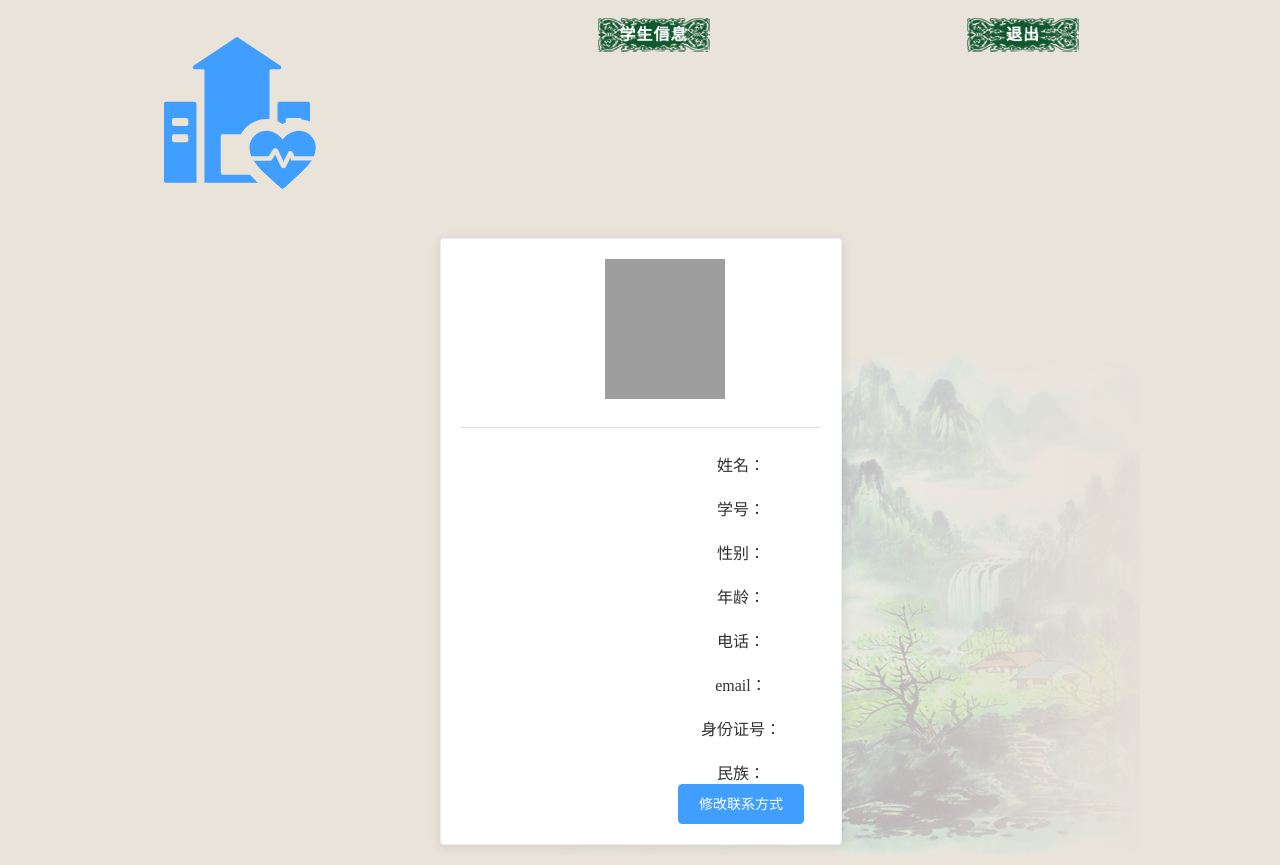
Repository: Blizzard-cyber/winsdom_scool_front
Page: /#/Personal
An editor plug-in stored every save of this project. The page is shown before and after the next save, followed by the edit.
The browser window is 1280 px wide. The pictures show the whole page.
Pictures or frames that could not be fetched are drawn as grey boxes. The project was rebuilt for these pictures with package versions that can differ from the ones it lists, and the page was loaded fresh each time. Also part of the build but not shown: src/components/comment/bottom.vue, src/components/first.vue, src/components/inside.vue, src/components/index.vue, src/components/dynamic/photo-news.vue, src/components/dynamic/latest-information.vue, src/components/contact/contact-us.vue, src/components/info_modules/course.vue and 7 more. Imported but missing from the stored project, and not drawn on this page: src/components/dynamic/school-notice, src/components/info_modules/lab.

Above is the page before, as saved 2022-07-04 12:05:01.
Console error: TypeError: Cannot read properties of null (reading 'getContext')

### index.html
<!DOCTYPE html>
<html>
  <head>
    <meta charset="utf-8">
    <meta name="viewport" content="width=device-width,initial-scale=1.0">
    <title>peidao</title>
  </head>
  <body>
    <div id="app"></div>
    <!-- built files will be auto injected -->
  </body>
</html>

### src/main.js
// The Vue build version to load with the `import` command
// (runtime-only or standalone) has been set in webpack.base.conf with an alias.
import Vue from 'vue'
import App from './App'
import router from './router'
import 'element-ui/lib/theme-chalk/index.css'
import ElementUI from 'element-ui'
import '../static/css/main.css'
import '../static/js/jquery-3.2.1.min'



Vue.config.productionTip = false
Vue.use(ElementUI)

/* eslint-disable no-new */
new Vue({
    el: '#app',
    router,
    template: '<App/>',
    components: { App }
})

### src/router/index.js
import Vue from 'vue'
import Router from 'vue-router'
import Head from '@/components/comment/head'
import Bottom from '@/components/comment/bottom'
import First from '@/components/first'
import Inside from '@/components/inside'
import Index from '@/components/index.vue'

import SchoolNotice from '@/components/dynamic/school-notice'
import PhotoNews from '@/components/dynamic/photo-news'
import LatestInformation from '@/components/dynamic/latest-information'

import ContactUs from '@/components/contact/contact-us'
import Info from '@/components/info'

import Course from '@/components/info_modules/course'
import CourseTable from '@/components/info_modules/course_table'
import ExamFee from '@/components/info_modules/exam_fee'
import Exam from '@/components/info_modules/exam'
import Gdesign from '@/components/info_modules/gdesign'
import Lab from '@/components/info_modules/lab'
import Personal from '@/components/info_modules/personal'
import Remark from '@/components/info_modules/remark'
import StudyFee from '@/components/info_modules/study_fee'

Vue.use(Router)
Vue.component('my-head', Head)
Vue.component('my-bottom', Bottom)

export default new Router({
    routes: [{
        path: '/',
        name: 'Index',
        component: Index
    }, {
        path: '/First',
        name: 'First',
        component: First
    }, {
        path: '/Head',
        name: 'Head',
        component: Head
    }, {
        path: '/Bottom',
        name: 'Bottom',
        component: Bottom
    }, {
        path: '/Inside',
        name: 'Inside',
        component: Inside
    },
    {
        path: '/Info',
        name: 'Info',
        component: Info
    },
    {
        path: '/SchoolNotice',
        name: 'SchoolNotice',
        component: SchoolNotice
    }, {
        path: '/PhotoNews',
        name: 'PhotoNews',
        component: PhotoNews
    }, {
        path: '/LatestInformation',
        name: 'LatestInformation',
        component: LatestInformation
    }, {
        path: '/LatestInformation',
        name: 'LatestInformation',
        component: LatestInformation
    }, {
        path: '/ContactUs',
        name: 'ContactUs',
        component: ContactUs
    }
        , {
        path: '/Course',
        name: 'Course',
        component: Course
    },
    {
        path: '/CourseTable',
        name: 'CourseTable',
        component: CourseTable
    },
    {
        path: '/ExamFee',
        name: 'ExamFee',
        component: ExamFee
    },
    {
        path: '/Exam',
        name: 'Exam',
        component: Exam
    },
    {
        path: '/Gdesign',
        name: 'Gdesign',
        component: Gdesign
    },
    {
        path: '/Lab',
        name: 'Lab',
        component: Lab
    },
    {
        path: '/Personal',
        name: 'Personal',
        component: Personal
    },
    {
        path: '/Remark',
        name: 'Remark',
        component: Remark
    },
    {
        path: '/StudyFee',
        name: 'StudyFee',
        component: StudyFee
    }]
})

### static/css/main.css
@charset "utf-8";

/* Global style */
html,
body,
h1,
h2,
h3,
h4,
h5,
h6,
div,
dl,
dt,
dd,
ul,
ol,
li,
p,
blockquote,
pre,
hr,
figure,
table,
caption,
th,
td,
form,
fieldset,
legend,
input,
button,
textarea,
menu {
  margin: 0;
  padding: 0;
  font-size: 16px;
}

header,
footer,
section,
article,
aside,
nav,
address,
figure,
figcaption,
menu,
details {
  display: block;
}

table {
  border-collapse: collapse;
  border-spacing: 0;
}

caption,
th {
  font-weight: normal;
}

html,
body,
fieldset,
iframe,
abbr {
  border: 0;
}

i,
cite,
em,
var,
address,
dfn {
  font-style: normal;
}

ul,
ol,
li {
  list-style: none;
}

h1,
h2,
h3,
h4,
h5,
h6,
small {
  font-size: 100%;
  font-weight: 300;
}

pre,
code,
kbd,
samp {
  font-family: inherit;
}

q:before,
q:after {
  content: none;
  content: '';
}

textarea {
  overflow: auto;
  resize: none;
}

label,
summary {
  cursor: default;
}

a,
button {
  cursor: pointer;
}

em,
strong,
b {
  font-weight: 400;
}

textarea,
input,
button,
select,
keygen,
legend {
  color: #777;
  outline: 0;
  font-family: "Microsoft YaHei", Arial;
  font-size: 100%;
  margin: 0;
  outline: none;
  vertical-align: baseline;
  _overflow: visible;
  -webkit-appearance: none;
  -webkit-tap-highlight-color: rgba(255, 255, 255, 0.3);
}

a {
  color: #333;
  border: none;
  text-decoration: none;
  outline: none;
}

a:focus {
  outline: 0;
  -moz-outline-style: none;
}

img {
  border: 0 none;
}

html {
  text-align: center;
  /*background-color: #f5f5f5!important;*/
}

[v-cloak] {
  display: none !important;
}

.allcontainer {
  background: #fff;
}

.flex-col,
.flex-row {
  display: i-webkt-box;
  display: -webkit-flex;
  display: -ms-flexbox;
  display: flex;
}

.flex-col {
  -ms-flex-direction: column;
  -webkit-flex-direction: column;
  flex-direction: column;
}

.flex-col.flex-y-center {
  -webkit-justify-content: center;
  justify-content: center;
  -ms-justify-content: center;
}

.flex-col.flex-top {
  -webkit-justify-content: flex-starttart;
  justify-content: flex-start;
  -ms-justify-content: flex-start;
}

.flex-col.flex-bottom {
  -webkit-justify-content: flex-end;
  justify-content: flex-end;
  -ms-justify-content: flex-end;
}

.flex-col.flex-x-center {
  -webkit-box-align: center;
  -webkit-align-items: center;
  -ms-flex-align: center;
  align-items: center;
}

.flex-col.flex-left {
  align-items: flex-start;
  -ms-align-content: flex-start;
  -webkit-align-content: flex-start;
  align-content: flex-start;
}

.flex-col.flex-right {
  align-items: flex-end;
  -ms-align-content: flex-end;
  -webkit-align-content: flex-end;
  align-content: flex-end;
}

.flex-row {
  -ms-flex-direction: row;
  -webkit-flex-direction: row;
  flex-direction: row;
}

.flex-row.flex-x-center {
  -webkit-box-pack: center;
  -webkit-justify-content: center;
  -ms-flex-pack: center;
  justify-content: center;
}

.flex-row.flex-y-center {
  -webkit-box-align: center;
  -webkit-align-items: center;
  -ms-flex-align: center;
  align-items: center;
}

.flex-row.flex-left {
  -webkit-justify-content: flex-start;
  justify-content: flex-start;
  -ms-justify-content: flex-start;
}

.flex-row.flex-right {
  -webkit-justify-content: flex-end;
  justify-content: flex-end;
  -ms-justify-content: flex-end;
}

.flex-row.flex-bottom {
  align-items: flex-end;
  -ms-align-content: flex-end;
  -webkit-align-content: flex-end;
  align-content: flex-end;
}

.flex-row.flex-top {
  align-items: flex-start;
  -ms-align-content: flex-start;
  -webkit-align-content: flex-start;
  align-content: flex-start;
}

.flex-row.flex-space-around {
  -webkit-justify-content: space-around;
  justify-content: space-around;
  -ms-justify-content: space-around;
}

.flex-row.flex-space-between {
  -webkit-box-pack: justify;
  -webkit-justify-content: space-between;
  -ms-flex-pack: justify;
  justify-content: space-between;
}

.flex-col.flex-space-around {
  -webkit-justify-content: space-around;
  justify-content: space-around;
  -ms-justify-content: space-around;
}

.flex-col.flex-space-between {
  -webkit-justify-content: space-between;
  justify-content: space-between;
  -ms-justify-content: space-between;
}

.flex-col.flex-wrap {
  -webkit-flex-wrap: wrap;
  flex-wrap: wrap;
  -ms-flex-wrap: wrap;
}

.flex-row.flex-wrap {
  -webkit-flex-wrap: wrap;
  flex-wrap: wrap;
  -ms-flex-wrap: wrap;
}

.main {
  background: #e9e3da;
}

.center {
  width: 1000px;
  background-image: url(../../static/img/big-bg.png);
  background-repeat: no-repeat;
  background-position: 408px 349px;
}

.top-bg {
  background: url(../../static/img/head-bg.png);
  background-repeat: no-repeat;
  background-position: 95% 1%;
}

.index {
  width: 1000px;
}

.index .index-head {
  margin-top: 18px;
}

.index .index-nav {
  width: 1000px;
  margin-top: 18px;
}

.index .index-nav a {
  cursor: pointer;
}

.index .index-nav a li {
  color: #fff;
  font-size: 16px;
  width: 112px;
  height: 34px;
  line-height: 34px;
}

.index .index-nav .index-nav-ul {
  width: 939px;
  border: none;
  font-size: 14px;
  font-weight: 700;
  letter-spacing: 1px;
}

.index .index-nav .index-nav-ul .index-nav-li {
  color: #fff;
  font-size: 16px;
  width: 112px;
  height: 34px;
  line-height: 34px;
  background: url(../../static/img/li-b.png);
}

.index .index-nav .index-nav-ul .index-nav-li .index-nav-a {
  cursor: pointer;
  color: #fff;
}

.index .index-nav .index-nav-ul .index-nav-li .index-nav-hide {
  width: 112px;
  position: absolute;
  z-index: 50;
  color: #fff;
  background-color: #105830;
}

.words {
  margin-top: 14px;
}

.words .words-left {
  width: 263px;
  height: 90px;
  background-image: url(../img/top2-l.png);
}

.words .words-right {
  width: 731px;
  height: 90px;
  background-image: url(../img/top2-r.png);
}

.news {
  margin-top: 17px;
}

.news .news-left {
  width: 100%;
}

.news .news-left img {
  height: 300px;
}

.news .news-right {
  margin-top: 22px;
  width: 481px;
}

.news .news-right .news-right-inner {
  width: 467px;
  height: 200px;
  color: #373737;
}

.show {
  margin-top: 30px;
  color: #373737;
  margin-bottom: 72px;
}

.show .show-notice {
  width: 486px;
  margin-top: 20px;
  height: 200px;
}

.show .show-notice .show-notice-inner {
  width: 465px;
  height: 205px;
}

.show .show-invite {
  width: 483px;
  height: 200px;
  margin-top: 20px;
}

.show .show-invite .show-invite-inner {
  width: 465px;
  height: 205px;
}

.other {
  height: 122px;
  color: #171717;
}

.other .other-inner {
  width: 950px;
}

.bottom {
  margin-top: 26px;
  color: #171717;
  margin-bottom: 37px;
  color: #373737;
}

.bottom .bottom-inner {
  width: 613px;
}

.bottom .bottom-inner .bottom-inner-in {
  height: 75px;
}

.location {
  height: 31px;
  margin-top: 10px;
  letter-spacing: 1px;
  color: #161616;
  background-color: #9b9994;
}

.location .location-inner {
  margin-left: 15px;
}

.photonews {
  margin-top: 37px;
  margin-bottom: 35px;
}

.photonews .photonews-title-1 {
  font-size: 23.8px;
}

.photonews .photonews-title-2 {
  font-size: 12px;
}

.photonews .photonews-inner {
  width: 770px;
  margin-top: 50px;
  font-size: 12px;
  text-indent: 2em;
}

.photonews .photonews-inner .photonews-inner-txt {
  text-align: left;
  width: 770px;
}

.photonews .photonews-inner .photonews-inner-img {
  margin-bottom: 15px;
}

.black-bg {
  background-image: url(../img/black-bg.png);
}

.green-bg {
  background-image: url(../img/green-bg.png);
}

.list {
  margin-top: 11px;
  color: #434343;
}

.list .list-left {
  width: 198px;
  height: 695px;
  margin-bottom: 63px;
  background-image: url(../img/list-l.png);
  background-repeat: no-repeat;
}

.list .list-left .list-left-inner {
  height: 116px;
  margin-top: 85px;
}

.list .list-left .list-left-inner li {
  color: #fff;
  font-size: 16px;
  width: 112px;
  height: 34px;
  line-height: 34px;
  cursor: pointer;
}

.list .list-right .list-right-title {
  width: 795px;
  height: 34px;
  background: #b0aca5;
}

.list .list-right .list-right-title .list-right-title-inner {
  margin-left: 23px;
}

.list .list-right .list-right-inner {
  height: 908px;
  background-image: url(../img/list-r.png);
  background-repeat: no-repeat;
  background-position: 100% 100%;
}

.list .list-right .list-right-inner .list-right-inner-words {
  height: 908px;
  margin-left: 40px;
}

.list .list-right .list-right-inner .list-right-inner-words .list-right-inner-words1 {
  width: 750px;
}

.list .list-right .list-right-bottom {
  width: 795px;
  margin-top: 17px;
  margin-bottom: 63px;
}

.list .list-right .list-right-bottom .list-right-bottom-li {
  background-color: #0c6930;
  margin-right: 8px;
  color: #ffffff;
  padding: 7px;
  font-size: 12px;
}

.photo-width {
  width: 700px;
}

.beautiful-bottom {
  margin-top: 17px;
  margin-bottom: 63px;
}

.beautiful-bottom .beautiful-bottom-li {
  background-color: #0c6930;
  margin-right: 8px;
  color: #ffffff;
  padding: 7px;
  font-size: 12px;
}

.profile-inner {
  height: 302px;
}

.profile-inner .photonews-inner-words {
  width: 750px;
  cursor: pointer;
}

.words-width {
  width: 750px;
  cursor: pointer;
}

.daohang1 {
  height: 163px;
  margin-top: 85px;
}

.daohang1 li {
  color: #fff;
  font-size: 16px;
  width: 112px;
  height: 34px;
  line-height: 34px;
}

.daohang2 {
  height: 206px;
  margin-top: 85px;
}

.daohang2 li {
  color: #fff;
  font-size: 16px;
  width: 112px;
  height: 34px;
  line-height: 34px;
}

.history-inner {
  height: 95px;
}

.teacher-inner {
  height: 45px;
}

.gifted-person-inner {
  height: 95px;
}

.achievement-inner {
  height: 146px;
}

.teaching-research {
  height: 45px;
}

.section-page {
  width: 960px;
}

.section-page .section-page-inner {
  margin-top: 37px;
  margin-bottom: 65px;
}

.section-page .section-page-inner .img-box1 {
  width: 235px;
  margin-bottom: 5px;
  overflow: hidden;
  cursor: pointer;
}

.section-page .section-page-inner .img-box1 img {
  height: 170px;
}

.section-page .section-page-inner .img-box {
  position: fixed;
  top: 0;
  left: 0;
  width: 100%;
  height: 100%;
  cursor: pointer;
  background: rgba(0, 0, 0, 0.7);
}

.section-page .section-page-inner .img-box img {
  height: 301px;
  width: 1042px;
}

.contact-us {
  width: 700px;
  margin-top: 50px;
}

.contact-us .contact-us-r {
  font-size: 18px;
  margin-bottom: 20px;
}

.contact-us img {
  height: 200px;
}

.shouye-main {
  background: #e9e3da;
  position: fixed;
  width: 100%;
  height: 100%;
}

.shouye-bg {
  background-image: url(../../static/img/shouye-bg.png);
  background-repeat: no-repeat;
  background-position: 0 80px;
}

.shouye {
  width: 571px;
  margin-top: 112px;
  margin-left: 33%;
}

.shouye .title {
  margin-left: 18px;
}

.shouye .inner {
  width: 572px;
  margin-top: 33px;
}

.shouye .inner .inner-l {
  width: 417px;
  height: 330px;
}

.shouye .inner .inner-l .anim-opacity1,
.shouye .inner .inner-l .anim-opacity2 {
  margin-top: 7px;
  position: absolute;
  height: 314px;
  width: 402px;
  margin-left: -200px;
}

.shouye .inner .inner-l .border {
  position: absolute;
  margin-left: -207px;
}

.shouye .inner .inner-r {
  width: 132px;
  height: 329px;
  background-image: url(../../static/img/index-r.png);
  background-repeat: no-repeat;
}

.shouye .enter {
  margin-top: 12px;
  margin-left: 226px;
  width: 196px;
  height: 56px;
  color: #fff;
  background-image: url(../../static/img/enter.png);
  background-repeat: no-repeat;
}

.shouye .enter p {
  font-size: 15.42px;
}

### src/components/comment/head.vue
<template>
<div class="main">
    <div class="index flex-col">
      <div class="index-nav flex-row">
        <ul class="index-nav-ul flex-row flex-space-between">
          <img src="../../../static/img/logo.png" alt="">
          <li class="index-nav-li">
            <router-link :to="{path:'/Info'}" class="index-nav-a">学生信息</router-link>
          </li>
          <li class="index-nav-li">
            <router-link :to="{path:'/'}"><span class="index-nav-a">退出</span></router-link>
          </li>

        </ul>
      </div>

    </div>
  </div>



</template>

<script>
let self;
export default {
  data() {
    return {

    };
  },
  created() {
    self = this;
  },
  methods: {

}}
</script>

### src/components/info.vue
  <template>
   <div class="main flex-col flex-x-center flex-y-center">
    <div class="center">
     <my-head/>
     <div class="cards">
        <el-row :gutter="50" >
          <el-col :span="8" v-for="(item,index) in items">
           <el-card shadow="hover" :body-style="{ height: '100px' }">
             <div slot="header" class="clearfix">
              <span>{{item.title}}</span>
              <el-button @click="Jump(urls[index].message)" style="float: right; padding: 3px 0" type="text">进入</el-button>
             </div>
              <div class="text item">
              <span>{{item.message}}</span>
              </div>
           </el-card>
          </el-col>
        </el-row>
     </div>
     <my-bottom/>
   </div>
   </div>
  </template>

 <script>

  export default {
    name: "Info",
    data() {
        return {
          items:[
            {title:'个人信息',message:'查询个人信息详情'},
            {title:'课程情况',message:'查询学生个人选课情况，学分和成绩情况'},
            {title:'课程表',message:'查询学生课程表'},
            {title:'我的成绩',message:'查询学生在校期间成绩详情'},
            {title:'考试安排',message:'查询学期考试课程安排'},
            {title:'毕业设计',message:'查询学生毕业设计情况'},
            {title:'学费缴纳信息',message:'查询学生缴费、欠费情况'},
            {title:'缴费报考信息',message:'查询学生学费、报考费信息'},
            {title:'实验室开放时间',message:'查询实验室开放时间'},
          ],
          urls:[
            {message:'/Personal'},
            {message:'/Course'},
            {message:'/CourseTable'},
            {message:'/Remark'},
            {message:'/Exam'},
            {message:'/Gdesign'},
            {message:'/StudyFee'},
            {message:'/ExamFee'},
            {message:'/Lab'},
          ]
        };
    },
    methods: {
      Jump(url) {
        this.$router.replace(url);
      }
    },

}
  </script>


<style>
 /* .el-row {
    margin-bottom: 20px;
    &:last-child {
      margin-bottom: 0;
    }
  } */
  .el-col {
    border-radius: 4px;
  }
  .bg-purple-dark {
    background: #99a9bf;
  }
  .bg-purple {
    background: #d3dce6;
  }
  .bg-purple-light {
    background: #e5e9f2;
  }
  .grid-content {
    border-radius: 4px;
    min-height: 36px;
  }
  .row-bg {
    padding: 10px 0;
    background-color: #f9fafc;
  }
  .el-card {
    border-radius: 4px;
    background: #fff;
    border: 1px solid #ebeef2;
    box-shadow: 0 2px 12px 0 rgba(0, 0, 0, 0.1);
    margin: 20px 0 20px;
    padding: 0;
  }
</style>

### src/components/info_modules/personal.vue
<template>
<div class="main flex-col flex-x-center flex-y-center">
    <div class="center">
     <my-head/>
            <div style="margin-left: 30%;margin-right: 30%">
                <el-card class="box-card">
                    <el-row>
                        <div>
                            <div>
                                <el-image class="identification_photo" :src="this.avatarUrl" alt="" style="margin-left: 40%;margin-right: 40%"/>
                            </div>
                        </div></el-row>
                    <el-divider></el-divider>
                    <div class="Info">
                        <div style="margin-top: 20px">姓名：{{studentInfo.name}}</div>
                        <div style="margin-top: 20px" >学号：{{studentInfo.id}}</div>
                        <div style="margin-top: 20px">性别：{{studentInfo.sex}}</div>
                        <div style="margin-top: 20px">年龄：{{studentInfo.age}}</div>
                        <div style="margin-top: 20px">电话：{{studentInfo.phoneNum}}</div>
                        <div style="margin-top: 20px">email：{{studentInfo.email}}</div>
                        <div style="margin-top: 20px">身份证号：{{studentInfo.idCard}}</div>
                        <div style="margin-top: 20px">民族：{{studentInfo.nation}}</div>
                        <el-button type="primary" @click="open">修改联系方式</el-button>
                    </div>
                </el-card>
            </div>

            </div>
            <my-buttom/>
            </div>
</template>

<script>
    export default {
        name: "Personal",
  data() {
    return {
      studentInfo: [
        {
          id: "1",
          name: "2",
          sex: "3",
          age: "4",
          phoneNum: "5",
          email: "6",
          idCard: "7",
          nation: "8"
        }
      ],
      avatarUrl: '../../../static/img/code2.jpg'
    };
  },
  methods: {

      open() {
        this.$prompt('请输入新联系方式', '提示', {
          confirmButtonText: '确定',
          cancelButtonText: '取消',
          inputPattern: /[\w!#$%&'*+/=?^_`{|}~-]+(?:\.[\w!#$%&'*+/=?^_`{|}~-]+)*@(?:[\w](?:[\w-]*[\w])?\.)+[\w](?:[\w-]*[\w])?/,
          inputErrorMessage: '格式不正确'
        }).then(({ value }) => {
          this.$message({
            type: 'success',
            message: '你的联系方式是: ' + value
          });
        }).catch(() => {
          this.$message({
            type: 'info',
            message: '取消输入'
          });
        });
      }

            // handleClick(tab, event) {
            //     console.log(tab, event);
            // },
            // initCourses(classId) {
            //     this.getRequest('/web/student/courses?classId=' + classId).then(resp => {
            //         console.log(resp.data);
            //         this.coursesList = resp.data;
            //         for (let j = 0; j < this.coursesList.length; j++) {
            //             if (this.coursesList[j].status === 1) {
            //                 this.coursesList[j].status = '必修';
            //             } else if (this.coursesList[j].status === 2) {
            //                 this.coursesList[j].status = '选修';
            //             } else if (this.coursesList[j].status === 3) {
            //                 this.coursesList[j].status = '公选';
            //             }
            //         }
            //     })
            // },
            // initStudents() {
            //     this.getRequest('/web/student/personalInfo').then(resp => {
            //         this.studentInfo = resp.data;
            //         if (this.studentInfo.avatar === '') {
            //             this.avatarUrl = require('../../assets/user_pic_middle.gif');
            //         }
            //         this.initCourses(this.studentInfo.classes.id);
            //     })
            // }
        },
    }
</script>

<style scoped>
    .activeName{
        width: 100%;
        height: 100%;
    }

    .box-card {
        width: 100%;
        height: 100%;
        text-align: center;
    }


    .grid-content {
        border-radius: 4px;
        min-height: 36px;
    }

    .el-dropdown-link {
        cursor: pointer;
        color: #409EFF;
    }
    .el-icon-arrow-down {
        font-size: 12px;
    }
    .identification_photo{
        width: 120px;
        height: 140px;
        margin-left: 160px;
    }
    .Info{
        width: 100%;
        height: 100%;
        margin-left: 100px;

    }
    .el-button{
        margin-top: 30px;
        margin: 0 auto;
        display: inline-block;
    }
</style>

Loaded but not shown: src/App.vue (common file)

After the next save:
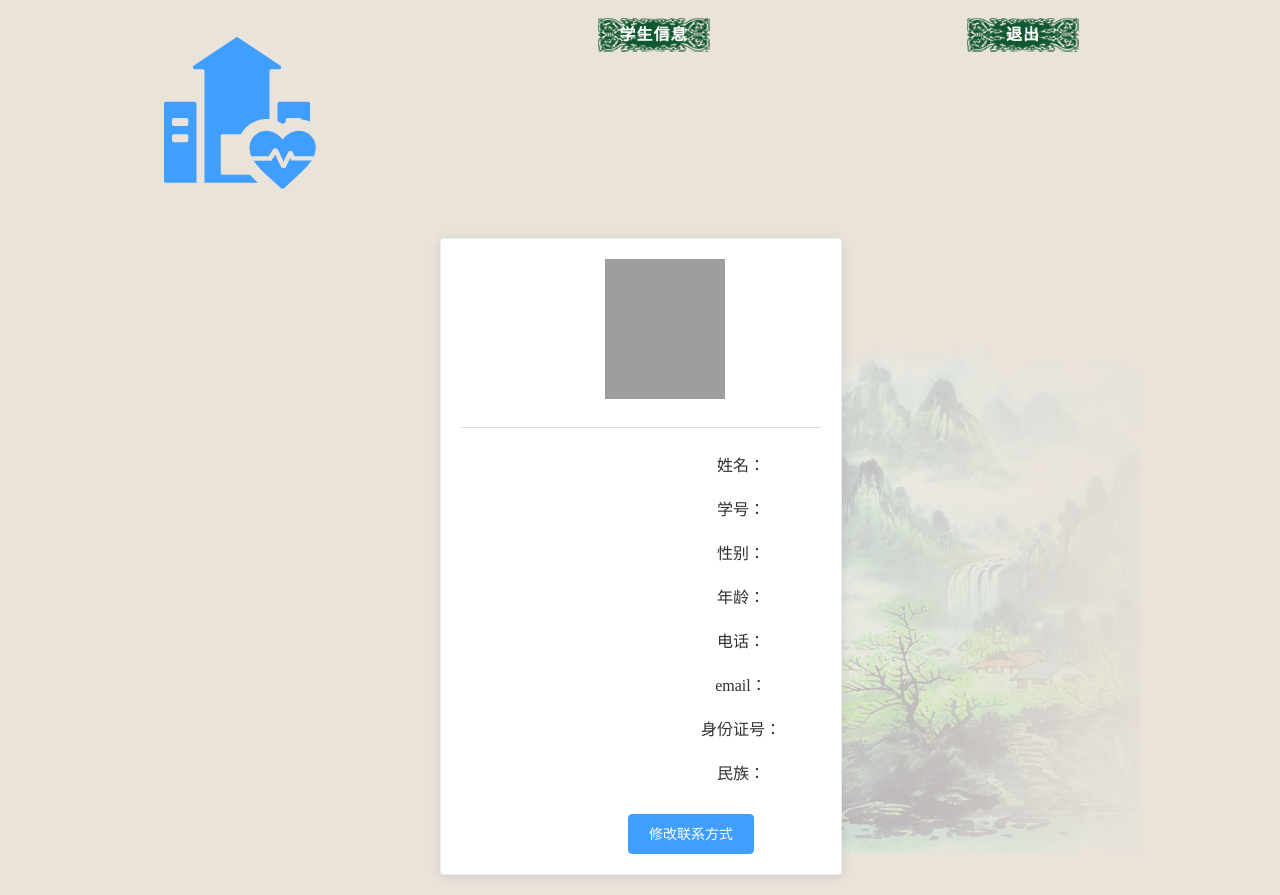
Saved 14 s later.
--- a/src/components/info_modules/personal.vue
+++ b/src/components/info_modules/personal.vue
@@ -140,7 +140,7 @@
     }
     .el-button{
         margin-top: 30px;
-        margin: 0 auto;
+        margin-left: -100px;
         display: inline-block;
     }
 </style>
